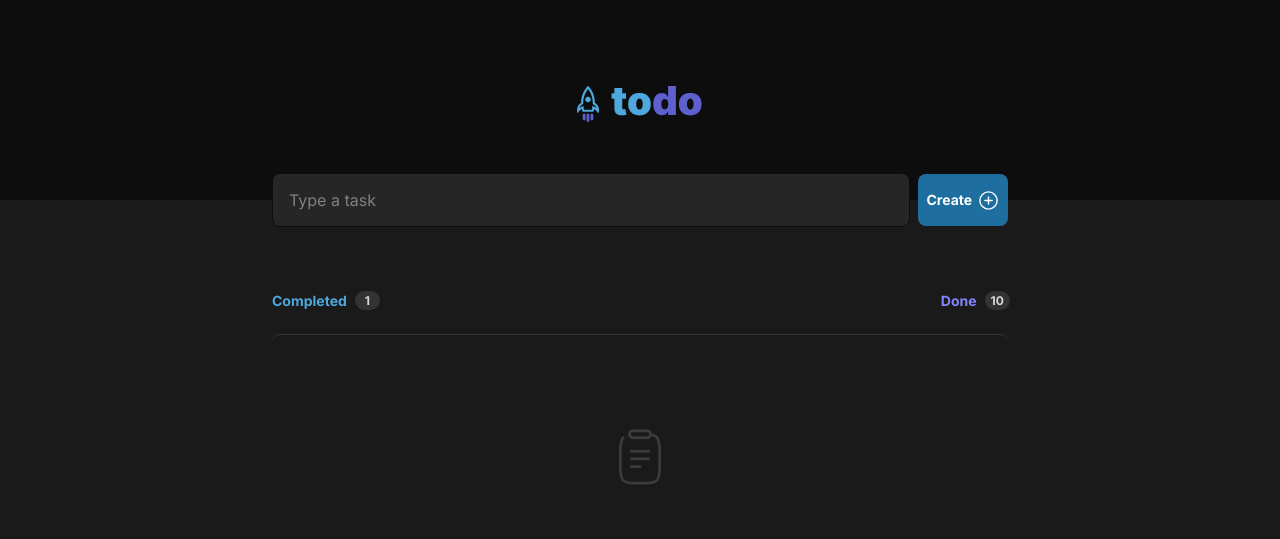
Repository: JoseGu1llardi/to-do-list-D01
Page: /
These files come from the project's save history. The page is drawn as it stood at one moment and after the next save; the edit follows.
The browser window is 1280 px wide. The pictures show the whole page.
The project was rebuilt for these pictures with package versions that can differ from the ones it lists, and the page was loaded fresh each time. Also part of the build but not shown: vite.config.ts.

Above is the page before, as saved 2023-03-11 19:06:14.

### index.html
<!DOCTYPE html>
<html lang="en">
  <head>
    <meta charset="UTF-8" />

    <link rel="preconnect" href="https://fonts.googleapis.com" />
    <link rel="preconnect" href="https://fonts.gstatic.com" crossorigin />

    <link
      href="https://fonts.googleapis.com/css2?family=Inter:wght@400;700&display=swap"
      rel="stylesheet"
    />

    <link rel="icon" type="image/svg+xml" href="/vite.svg" />
    <meta name="viewport" content="width=device-width, initial-scale=1.0" />
    <title>Vite + React + TS</title>
  </head>
  <body>
    <div id="root"></div>
    <script type="module" src="/src/main.tsx"></script>
  </body>
</html>

### src/App.tsx
import { Header } from "./components/Header"

import styles from './App.module.css';

import "./global.css"
import { Input } from "./components/Input";
import { Button } from "./components/Button";
import { Tasks } from "./components/Tasks";

function App() {
  return (
    <>
      <Header />

      <div className={styles.newTaskContainer}>
        <Input />
        <Button />
      </div>

      <div className={styles.tasksContainer}>
        <Tasks />
      </div>
    </>
  )
}

export default App

### src/components/Header/index.tsx
import Logo from '../../assets/Logo (1).svg'

import styles from './styles.module.css';

export function Header() {
    return (
        <header className={styles.container}>
            <img src={Logo} />
        </header>
    )
}

### src/App.module.css
.newTaskContainer {
  display: flex;
  flex-direction: row;
  align-items: center;
  padding: 0px;
  gap: 8px;

  position: absolute;
  width: 46rem;
  height: 3.375rem;
  left: calc(50% - 736px / 2);
  top: 10.8125rem;
}

.tasksContainer {
  display: flex;
  flex-direction: column;
  align-items: flex-start;
  padding: 0px;
  gap: 24px;

  position: absolute;
  width: 736px;
  height: 287px;
  left: calc(50% - 736px / 2);
  top: 291px;
}

### src/global.css
:root {
  // Base
  --gray-100: #f2f2f2;
  --gray-200: #d9d9d9;
  --gray-300: #808080;
  --gray-400: #333333;
  --gray-500: #262626;
  --gray-600: #1a1a1a;
  --gray-700: #0d0d0d;

  --danger: #e25858;

  // Product
  --purple: #8284fa;
  --dark-purple: #5e60ce;
  --blue: #4ea8de;
  --dark-blue: #1e6f9f;
}

* {
  margin: 0;
  padding: 0;
  box-sizing: border-box;
}

body {
  color: #fff;
  background: var(--gray-600);

  width: 100%;
  height: 100%;
  max-height: 1024px;
  position: relative;
}

body,
input,
textarea,
button {
  font-family: "Inter", sans-serif;
  font-weight: 400;
  font-size: 1rem;
}

### src/components/Input/index.tsx
import styles from './styles.module.css';

export function Input() {
    return (
        <input
            type="text"
            className={styles.input}
            placeholder='Type a task'
        />
    )
}

### src/components/Button/index.tsx
import { PlusCircle } from '@phosphor-icons/react'

import styles from './styles.module.css';

export function Button() {
    return (
        <button className={styles.button}>
            <span>Create</span>
            <PlusCircle size={23} />
        </button>
    )
}

### src/components/Tasks/index.tsx
import Clipboard from '../../assets/Clipboard.svg';

import styles from './styles.module.css';

export function Tasks() {
    return (
        <>
            <section className={styles.info}>

                <div className={styles.created}>
                    <span>Completed</span>
                    <div className={styles.counter}>
                        <p>1</p>
                    </div>
                </div>

                <div className={styles.done}>
                    <span>Done</span>
                    <div className={styles.counter}>
                        <p>10</p>
                    </div>
                </div>

            </section>

            <section className={styles.tasks}>
                <img src={Clipboard} alt="" />
            </section>
        </>
    )
}

### src/components/Header/styles.module.css
.container {
  position: absolute;
  height: 12.5rem;
  max-width: 100%;
  left: 0;
  right: 0;
  top: 0;

  display: flex;
  align-items: center;
  justify-content: center;

  background: var(--gray-700);
}

.container img {
  position: absolute;
  width: 7.875rem;
  height: 3rem;
}

### src/components/Input/styles.module.css
.input {
  box-sizing: border-box;

  display: flex;
  flex-direction: row;
  align-items: center;
  padding: 16px;
  gap: 8px;

  width: 638px;
  height: 54px;

  background: var(--gray-500);
  color: #fff;

  border: 1px solid var(--gray-700);
  border-radius: 8px;

  flex: none;
  order: 0;
  flex-grow: 1;
}

.input::placeholder {
  color: var(--gray-300);
}

### src/components/Button/styles.module.css
.button {
  width: 90px;
  height: 52px;

  display: flex;
  flex-direction: row;
  align-items: center;
  justify-content: center;
  gap: 16px;

  border: 0;
  border-radius: 8px;

  background: var(--dark-blue);
  color: white;
}

.button span {
  width: 34px;
  height: 20px;

  font-weight: 700;
  font-size: 14px;
  line-height: 140%;

  color: var(--gray-100);

  flex: none;
  order: 0;
  flex-grow: 0;
}

.button img {
  width: 16px;
  height: 16px;

  flex: none;
  order: 1;
  flex-grow: 0;
}

### src/components/Tasks/styles.module.css
.info {
  display: flex;
  flex-direction: row;
  justify-content: space-between;
  align-items: flex-end;
  padding: 0px;
  gap: 561px;

  width: 736px;
  height: 19px;

  flex: none;
  order: 0;
  align-self: stretch;
  flex-grow: 0;
}

.created {
  display: flex;
  flex-direction: row;
  align-items: center;
  padding: 0px;
  gap: 8px;

  width: 139px;
  height: 19px;

  order: 0;
  flex-grow: 0;
}

.created span {
  font-family: "Inter";
  font-style: normal;
  font-weight: 700;
  font-size: 14px;
  line-height: 17px;

  color: var(--blue);

  flex: none;
  order: 0;
  flex-grow: 0;
}

.counter {
  display: flex;
  flex-direction: row;
  justify-content: center;
  align-items: center;
  padding: 2px 8px;
  gap: 10px;

  width: 25px;
  height: 19px;

  background: #333333;
  border-radius: 999px;

  order: 1;
  flex-grow: 0;
}

.counter p {
  font-style: normal;
  font-weight: 700;
  font-size: 12px;
  line-height: 15px;

  color: var(--gray-200);

  order: 1;
  flex-grow: 0;
}

.done {
  display: flex;
  flex-direction: row;
  align-items: center;
  padding: 0px;
  gap: 8px;

  width: 111px;
  height: 19px;
  right: -200;

  order: 1;
  flex-grow: 0;
}

.done span {
  font-family: "Inter";
  font-style: normal;
  font-weight: 700;
  font-size: 14px;
  line-height: 17px;

  color: #8284fa;

  flex: none;
  order: 0;
  flex-grow: 0;
}

.tasks {
  box-sizing: border-box;

  display: flex;
  flex-direction: column;
  justify-content: center;
  align-items: center;
  padding: 64px 24px;
  gap: 16px;

  width: 736px;
  height: 244px;

  border-top: 1px solid #333333;
  border-radius: 8px;

  flex: none;
  order: 1;
  align-self: stretch;
  flex-grow: 0;
}

.tasks img {
  width: 56px;
  height: 56px;

  flex: none;
  order: 0;
  flex-grow: 0;
}

Loaded but not shown: src/main.tsx (common file)

After the next save:
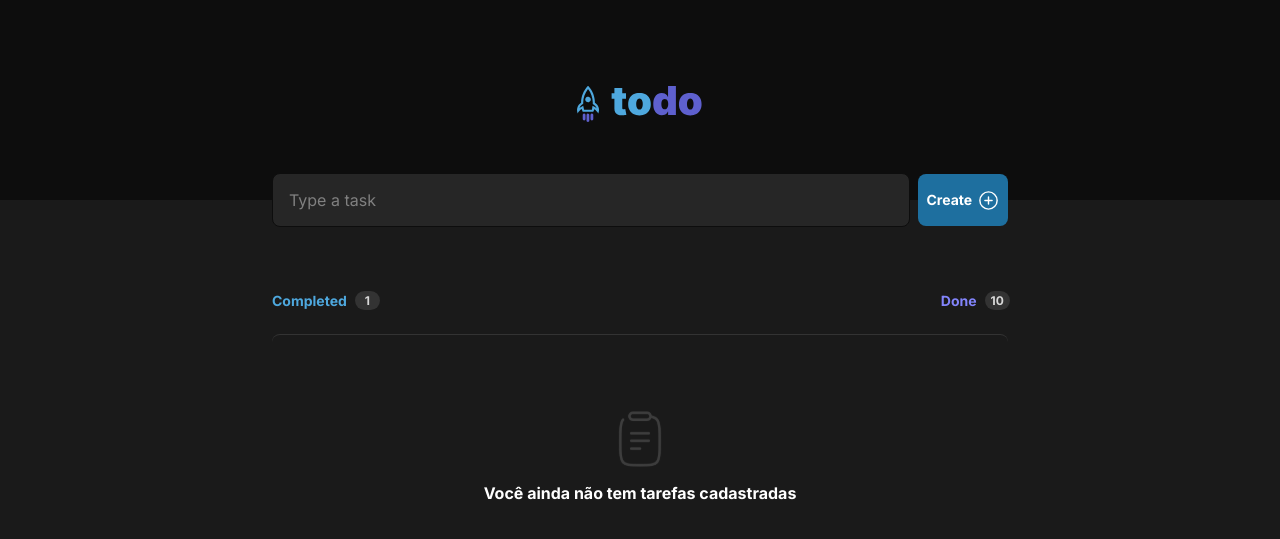
Saved 110 s later.
--- a/src/components/Tasks/index.tsx
+++ b/src/components/Tasks/index.tsx
@@ -25,6 +25,7 @@ export function Tasks() {
 
             <section className={styles.tasks}>
                 <img src={Clipboard} alt="" />
+                <strong>Você ainda não tem tarefas cadastradas</strong>
             </section>
         </>
     )
